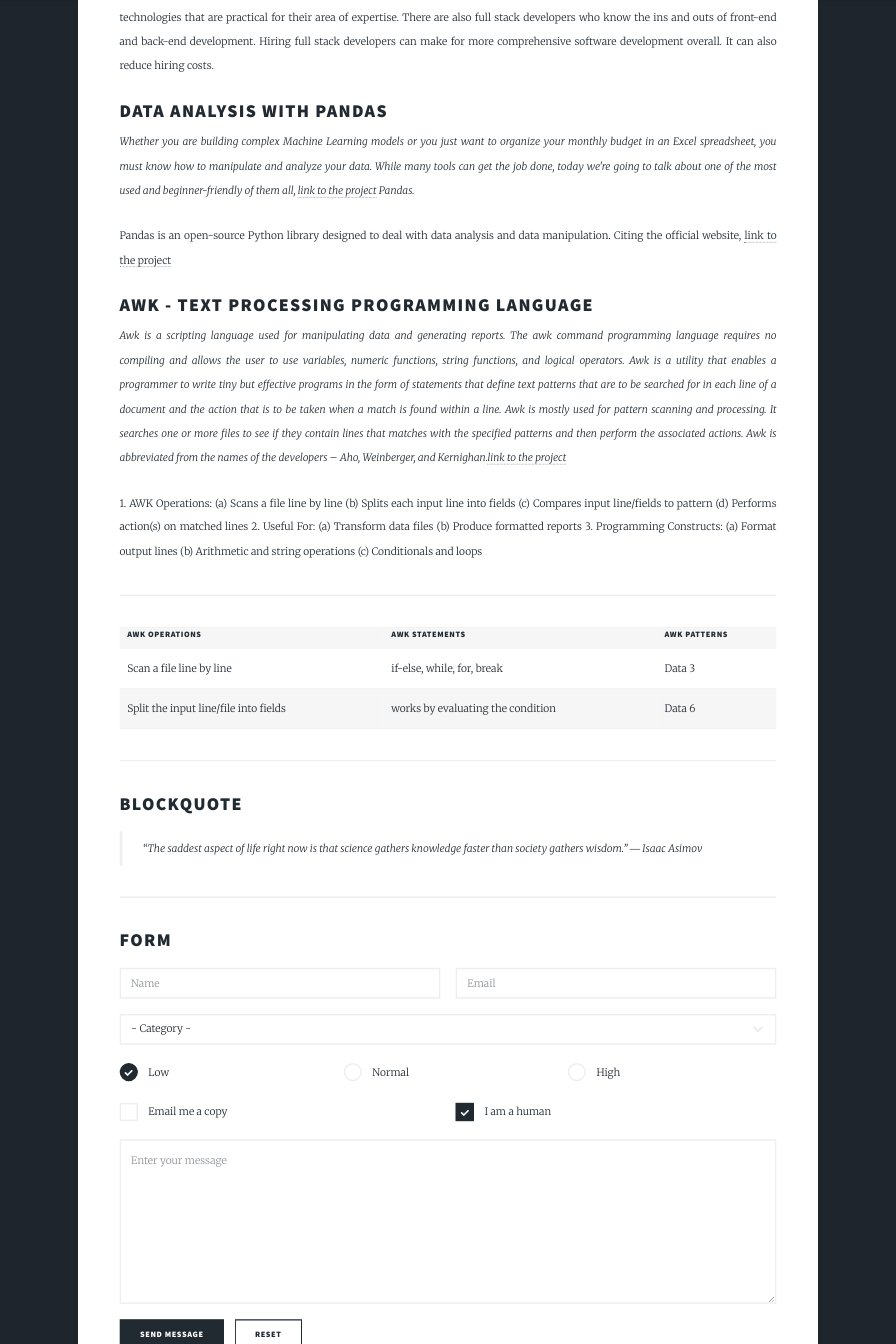
Repository: enlilsudo/Orlando-Portfolio
Page: elements.html
An editor plug-in stored every save of this project. The page is shown before and after the next save, followed by the edit.
The browser window is 1280 px wide. The pictures show the part of the page from y = 2032 to 3952 px (the page is 5661 px tall), at 70% of full size.

Above is the page before, as saved 2023-02-21 07:36:19.

After the next save:
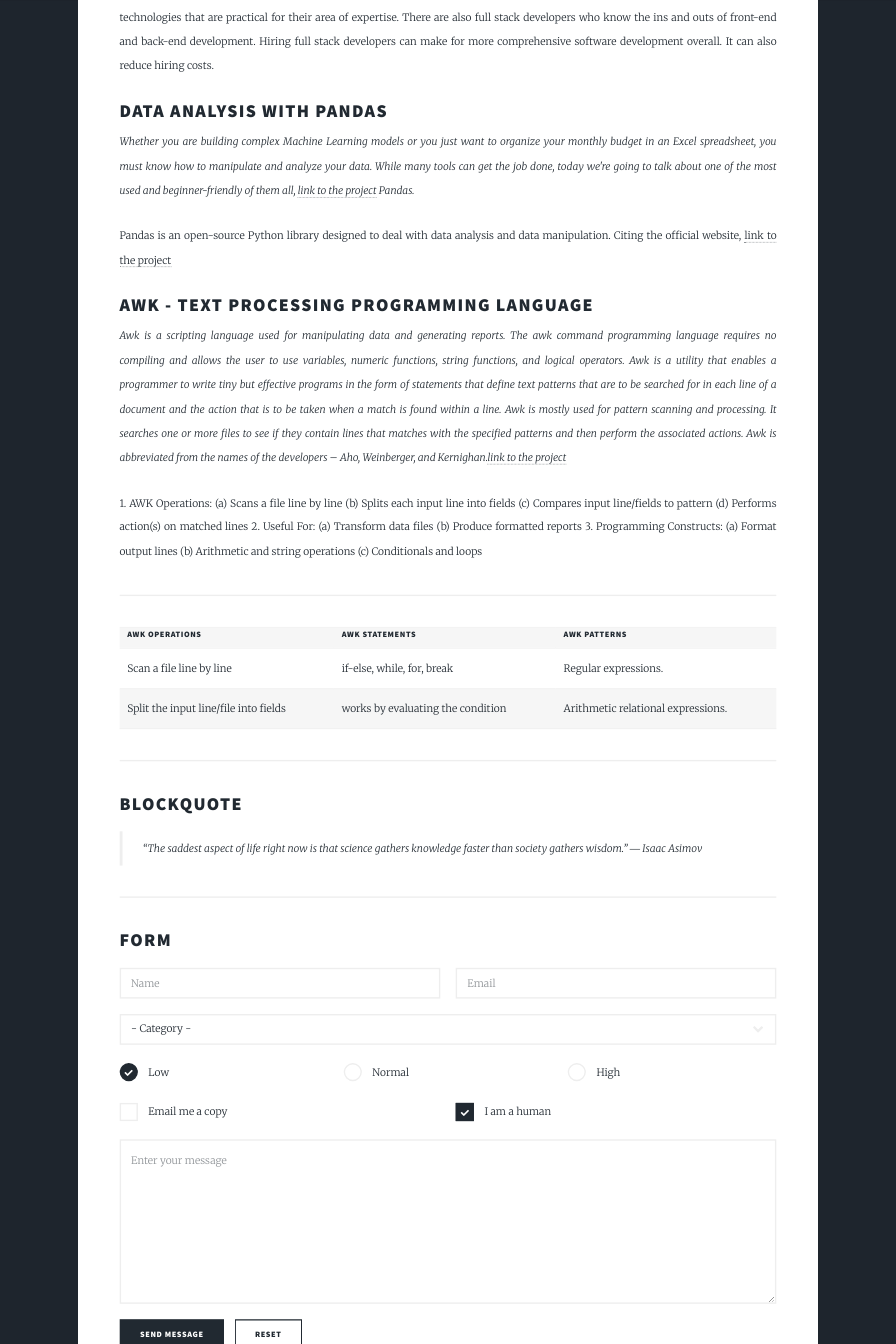
Saved 57 s later.
--- a/elements.html
+++ b/elements.html
@@ -131,12 +131,12 @@
 										<tr>
 										  <td>Scan a file line by line</td>
 										  <td>if-else, while, for, break</td>
-										  <td>Data 3</td>
+										  <td>Regular expressions.</td>
 										</tr>
 										<tr>
 										  <td>Split the input line/file into fields</td>
 										  <td>works by evaluating the condition</td>
-										  <td>Data 6</td>
+										  <td>Arithmetic relational expressions.</td>
 										</tr>
 									  </table>
 
